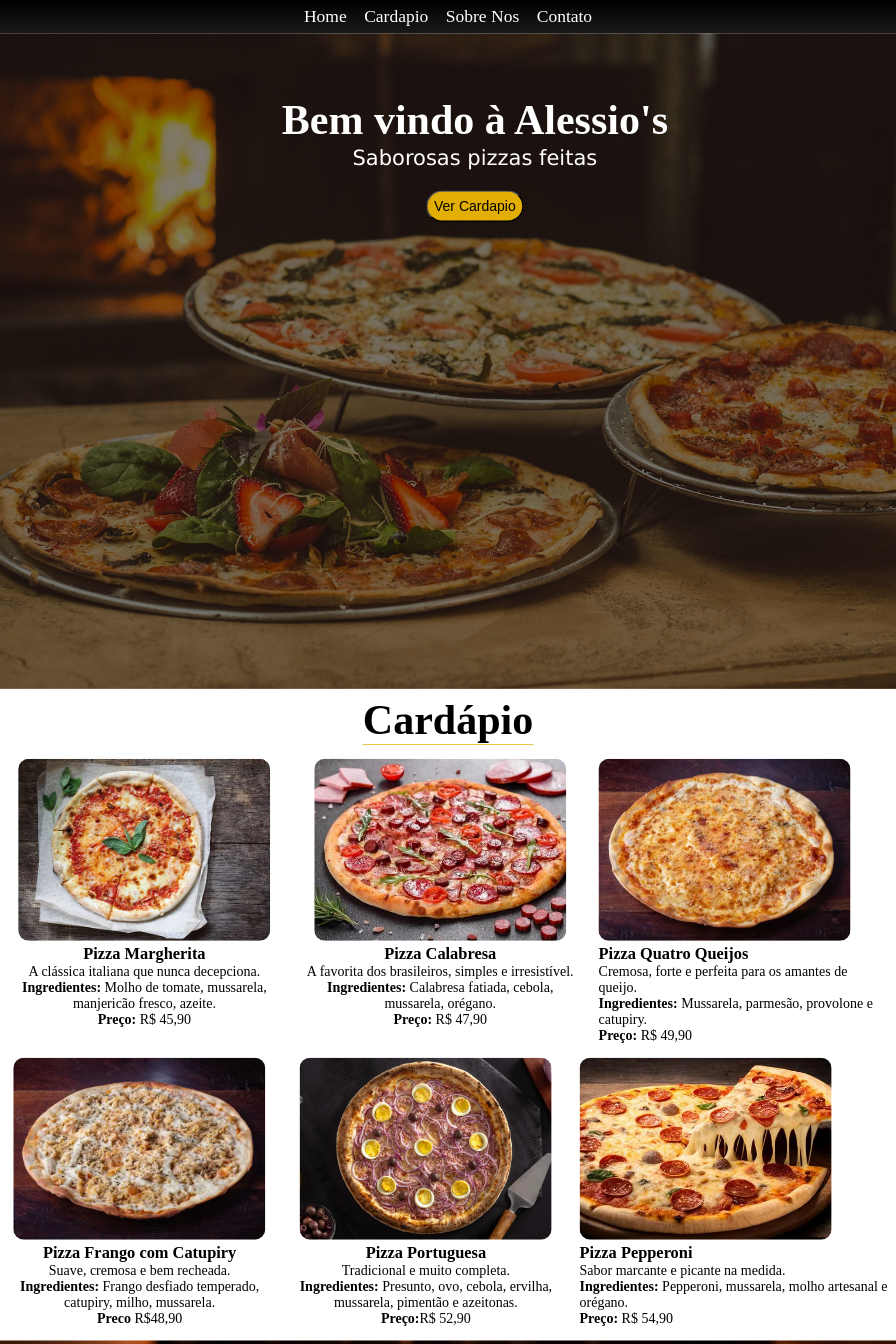
Repository: Mateushlp/landing-page-pizza
Page: index.html
The author's editor kept a copy of each file at every save. The page is drawn from the files as they stood at one save, then again after the next save.
The browser window is 1280 px wide. The pictures show the part of the page from y = 0 to 1920 px (the page is 2788 px tall), at 70% of full size.

Above is the page before, as saved 2026-05-03 10:42:17.

After the next save:
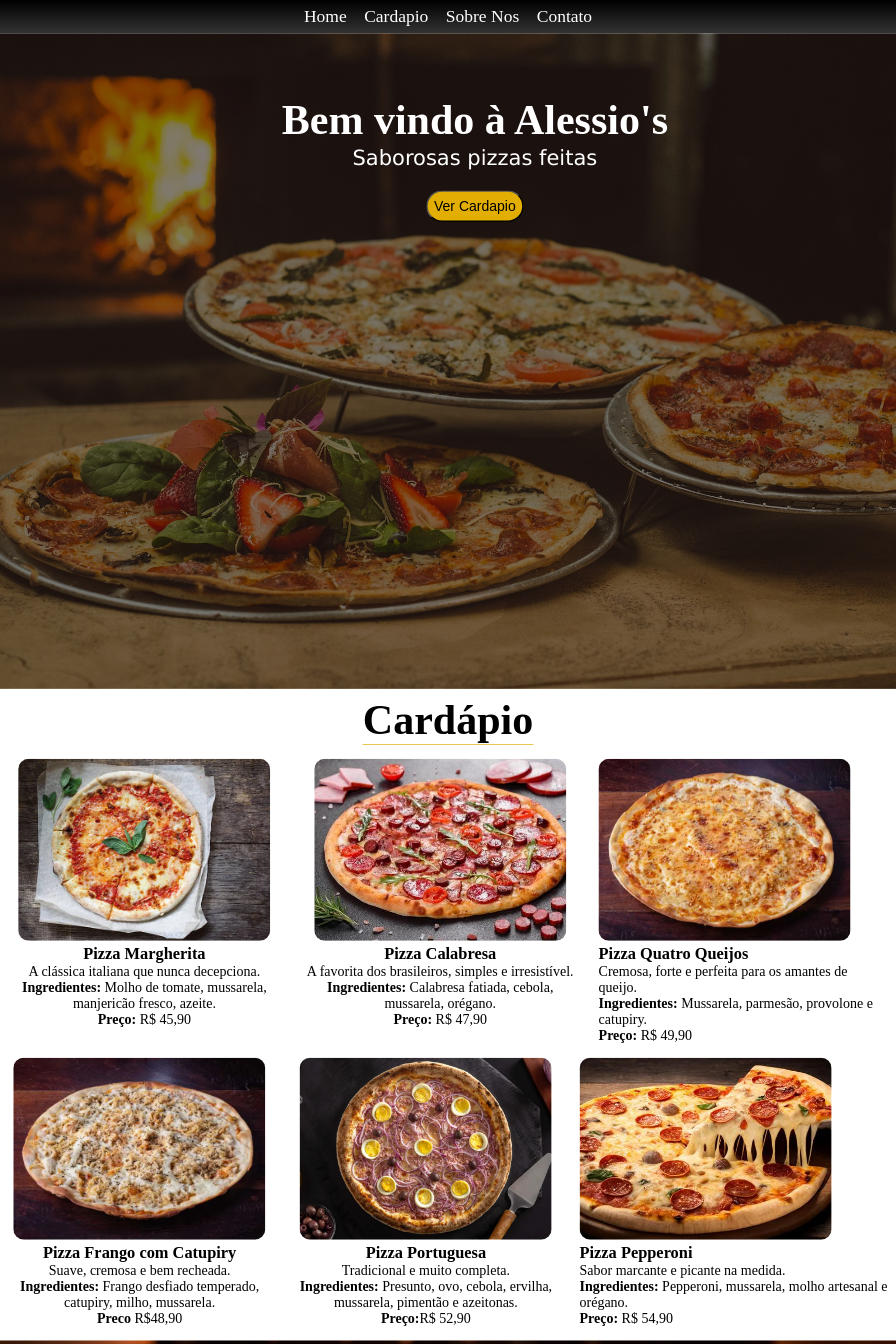
Saved 4 s later.
--- a/style.css
+++ b/style.css
@@ -11,7 +11,7 @@ nav ul {
     justify-content: center;
     font-size: 25px;
     padding: 10px;
-     background: linear-gradient(to bottom, rgb(00, 0, 0), rgba(0,0,0,0.9));
+     background: linear-gradient(to bottom, rgb(00, 0, 0), rgba(0,0,0,0.8));
 }
 
 nav ul a{
